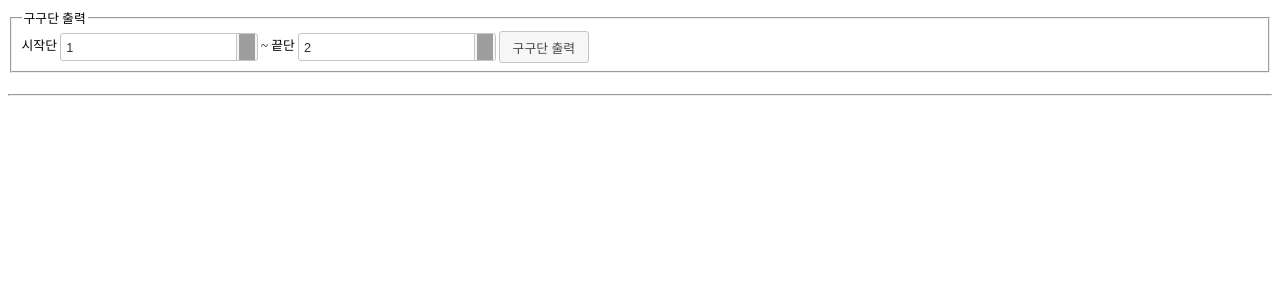
Repository: KYJIN1024/kic_jquery
Page: http://localhost/jQueryUIEx03/zipcode02.jsp
An editor plug-in stored every save of this project. The page is shown before and after the next save, followed by the edit.
The browser window is 1280 px wide. The pictures show the whole page.
Pictures or frames that could not be fetched are drawn as grey boxes. The page is served by Tomcat 9.

Above is the page before, as saved 2023-05-17 03:28:08.

After the next save:
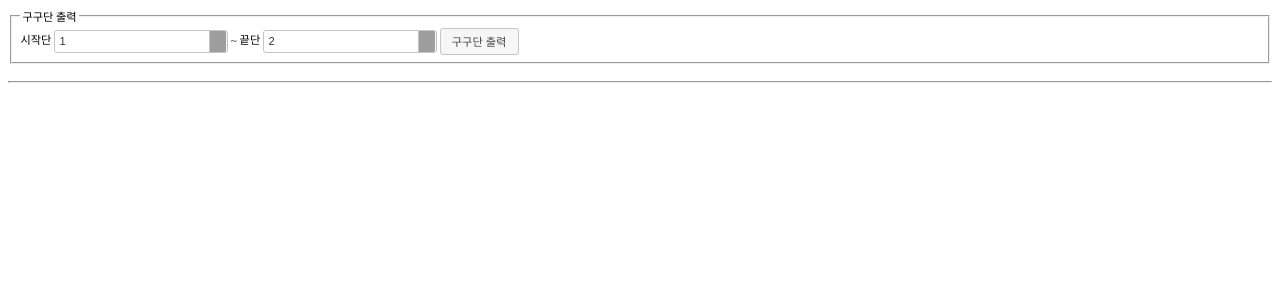
Saved 9 s later.
--- a/jQueryUIEx03/src/main/webapp/zipcode02.jsp
+++ b/jQueryUIEx03/src/main/webapp/zipcode02.jsp
@@ -8,7 +8,7 @@
 <link rel="stylesheet" href="./css/base/jquery-ui.css" />
 <style>
 	/* 사용자 스타일 */
-	body { font-size: 80%; }
+	body { font-size: 70%; }
 </style>
 
 <script src="./js/jquery-3.7.0.js"> </script>
